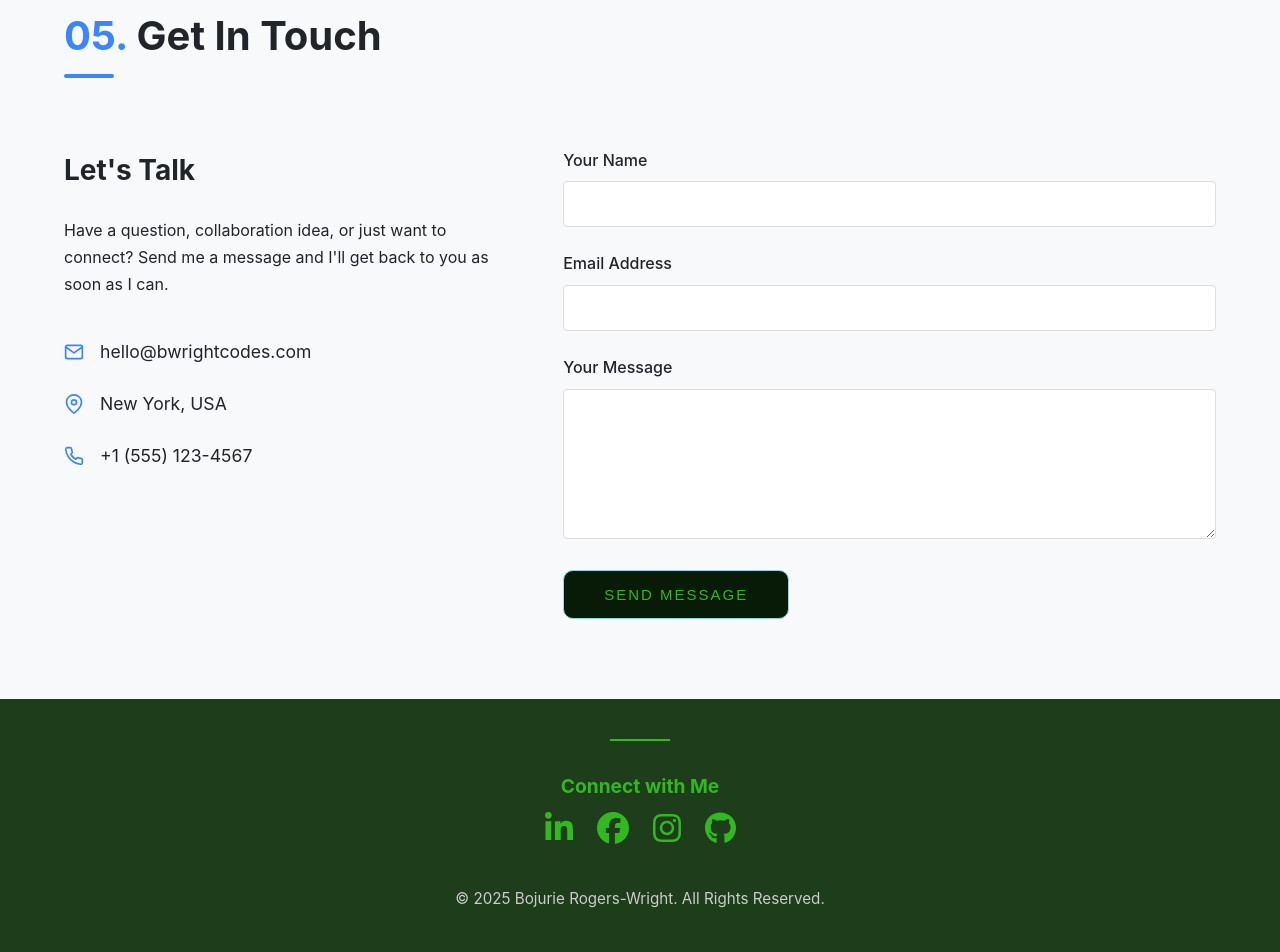
Repository: Bojurie/Portfolio_2022
Page: /
An editor plug-in stored every save of this project. The page is shown before and after the next save, followed by the edit.
The browser window is 1280 px wide. The pictures show the part of the page from y = 4681 to 5633 px (the page is 5633 px tall before and 5604 px after).
The project was rebuilt for these pictures with package versions that can differ from the ones it lists, and the page was loaded fresh each time. Also part of the build but not shown: src/component/pages/Resume.css, src/component/pages/Resume.js. Imported but missing from the stored project, and not drawn on this page: src/component/Resume.pdf, src/component/images/video.mp4, src/component/videos/Screen Recording 2022-04-01 at 8.22.57 PM.mov, src/component/videos/Screen Recording 2022-04-01 at 8.23.25 PM.mov, src/component/videos/Screen Recording 2022-04-01 at 8.25.20 PM.mov, src/component/videos/Screen Recording 2022-04-01 at 8.27.28 PM.mov, src/component/videos/Screen Recording 2022-04-01 at 8.28.35 PM.mov, src/component/videos/Screen Recording 2022-04-01 at 8.30.37 PM.mov and 3 more.

Above is the page before, as saved 2025-04-22 06:24:40.

### public/index.html
<!DOCTYPE html>
<html lang="en">
  <head>
    <meta charset="utf-8" />
    <link rel="icon" href="%PUBLIC_URL%/favicon.ico" />
    <meta name="viewport" content="width=device-width, initial-scale=1" />
    <meta name="theme-color" content="#000000" />
    <meta
      name="description"
      content="Web site created using create-react-app"
    />
    <link rel="apple-touch-icon" href="%PUBLIC_URL%/logo192.png" />


    <link rel="manifest" href="%PUBLIC_URL%/manifest.json" />
    <!--
      Notice the use of %PUBLIC_URL% in the tags above.
      It will be replaced with the URL of the `public` folder during the build.
      Only files inside the `public` folder can be referenced from the HTML.

      Unlike "/favicon.ico" or "favicon.ico", "%PUBLIC_URL%/favicon.ico" will
      work correctly both with client-side routing and a non-root public URL.
      Learn how to configure a non-root public URL by running `npm run build`.
    -->
    <title>Bojurie Rogers-Wright | | Tech</title>
     <link rel="shortcut icon" href="%PUBLIC_URL%/favicon.ico">
    <link rel="apple-touch-icon" sizes="180x180" href="/apple-touch-icon.png">
    <link rel="icon" type="image/png" sizes="32x32" href="/favicon-32x32.png">
    <link rel="icon" type="image/png" sizes="16x16" href="/favicon-16x16.png">
    <link rel="manifest" href="/site.webmanifest">


    <link rel="preconnect" href="https://fonts.googleapis.com">
    <link rel="preconnect" href="https://fonts.gstatic.com" crossorigin>
    <link href="https://fonts.googleapis.com/css2?family=Montserrat:ital,wght@0,100;0,200;0,300;0,400;0,500;0,600;0,700;0,800;0,900;1,100;1,200;1,300;1,400;1,500;1,600;1,700;1,800;1,900&family=Roboto:ital,wght@0,300;0,400;0,500;0,700;1,300&display=swap" rel="stylesheet">
  </head>
  <body>
    <noscript>You need to enable JavaScript to run this app.</noscript>
    <div id="root"></div>

   <script>

   </script>
  </body>
</html>

### src/component/pages/Footer.js
import React from "react";
import SocialFollow from "../../SocialFollow";
import "./Footer.css";

const Footer = () => {
  const year = new Date().getFullYear();

  return (
    <footer className="footer">
      <div className="container">
        <div className="footer-wrapper">
          <SocialFollow />
          <p className="footer-copy">
            © {year} Bojurie Rogers-Wright. All Rights Reserved.
          </p>
        </div>
      </div>
    </footer>
  );
};

export default Footer;

### src/App.css
:root {
  --primary-color: #3a86ff;
  --secondary-color: #8338ec;
  --dark-color: #212529;
  --light-color: #f8f9fa;
  --success-color: #06d6a0;
  --danger-color: #ef476f;
  --warning-color: #ffd166;

  --font-main: 'Inter', -apple-system, BlinkMacSystemFont, sans-serif;
  --font-mono: 'Fira Code', monospace;

  --transition: all 0.3s ease-in-out;
  --shadow-sm: 0 1px 3px rgba(0,0,0,0.12), 0 1px 2px rgba(0,0,0,0.24);
  --shadow-md: 0 4px 6px rgba(0,0,0,0.1), 0 1px 3px rgba(0,0,0,0.08);
  --shadow-lg: 0 10px 25px rgba(0,0,0,0.1), 0 5px 10px rgba(0,0,0,0.05);
}

* {
  margin: 0;
  padding: 0;
  box-sizing: border-box;
}

html {
  scroll-behavior: smooth;
}

body {
  font-family: var(--font-main);
  line-height: 1.6;
  color: var(--dark-color);
  background-color: var(--light-color);
  overflow-x: hidden;
}

.app {
  display: flex;
  flex-direction: column;
  min-height: 100vh;
}

/* Utility Classes */
.container {
  width: 100%;
  max-width: 1200px;
  margin: 0 auto;
  padding: 0 1.5rem;
}

.section {
  padding: 5rem 0;
}

.section-title {
  font-size: 2.5rem;
  margin-bottom: 2rem;
  position: relative;
  display: inline-block;
}

.section-title::after {
  content: '';
  position: absolute;
  bottom: -10px;
  left: 0;
  width: 50px;
  height: 4px;
  background: var(--primary-color);
  border-radius: 2px;
}

.btn {
  display: inline-block;
  padding: 0.8rem 1.5rem;
  border-radius: 4px;
  font-weight: 600;
  text-decoration: none;
  transition: var(--transition);
  cursor: pointer;
  border: none;
}

.btn-primary {
  background: var(--primary-color);
  color: white;
}

.btn-primary:hover {
  background: #2a75e6;
  transform: translateY(-2px);
  box-shadow: var(--shadow-md);
}

.btn-outline {
  background: transparent;
  border: 2px solid var(--primary-color);
  color: var(--primary-color);
}

.btn-outline:hover {
  background: var(--primary-color);
  color: white;
  transform: translateY(-2px);
}

/* Responsive */
@media (max-width: 768px) {
  .section {
    padding: 3rem 0;
  }

  .section-title {
    font-size: 2rem;
  }
}

### src/component/pages/Home.css
.home {
  display: flex;
  flex-direction: column;
  overflow-x: hidden;
}

/* Ensures sections have proper spacing */
.home > section {
  scroll-margin-top: 100px;
}

### src/component/pages/About.css
.about-grid {
  display: grid;
  grid-template-columns: 1fr 2fr;
  gap: 3rem;
  margin-top: 3rem;
}

.about-image-container {
  position: relative;
}

.about-image-wrapper {
  position: relative;
  width: 100%;
  max-width: 300px;
  margin: 0 auto;
}

.about-image {
  width: 100%;
  height: auto;
  border-radius: 4px;
  position: relative;
  z-index: 1;
  filter: grayscale(100%) contrast(1);
  transition: var(--transition);
}

.about-image-border {
  position: absolute;
  width: 100%;
  height: 100%;
  border: 2px solid var(--primary-color);
  border-radius: 4px;
  top: 20px;
  left: 20px;
  z-index: 0;
  transition: var(--transition);
}

.about-image-container:hover .about-image {
  filter: none;
}

.about-image-container:hover .about-image-border {
  top: 15px;
  left: 15px;
}

.about-name {
  font-size: 2rem;
  margin-bottom: 0.5rem;
  color: var(--dark-color);
}

.about-role {
  font-size: 1.25rem;
  color: var(--primary-color);
  margin-bottom: 1.5rem;
}

.about-bio {
  margin-bottom: 2rem;
  font-size: 1.1rem;
}

.about-text {
  margin-bottom: 3rem;
}

.about-text p {
  margin-bottom: 1.5rem;
  line-height: 1.7;
}

.skills-heading {
  font-size: 1.5rem;
  margin-bottom: 1.5rem;
  position: relative;
}

.skills-grid {
  display: grid;
  grid-template-columns: repeat(2, 1fr);
  gap: 1rem;
}

.skill-item {
  display: flex;
  align-items: center;
  gap: 0.75rem;
  font-family: var(--font-mono);
  font-size: 0.9rem;
  color: var(--dark-color);
}

.skill-icon {
  color: var(--primary-color);
  font-size: 1.1rem;
}

@media (max-width: 992px) {
  .about-grid {
    grid-template-columns: 1fr;
  }

  .about-image-wrapper {
    margin-bottom: 3rem;
  }
}

@media (max-width: 576px) {
  .skills-grid {
    grid-template-columns: 1fr;
  }
}

### src/component/pages/Contact.css
.contact-grid {
  display: grid;
  grid-template-columns: 1fr 1.5fr;
  gap: 4rem;
  margin-top: 3rem;
}

.contact-subtitle {
  font-size: 1.75rem;
  margin-bottom: 1.5rem;
}

.contact-text {
  margin-bottom: 2.5rem;
  line-height: 1.7;
}

.contact-details {
  display: flex;
  flex-direction: column;
  gap: 1.5rem;
}

.contact-item {
  display: flex;
  align-items: center;
  gap: 1rem;
  font-size: 1.1rem;
}

.contact-icon {
  color: var(--primary-color);
  font-size: 1.25rem;
}

.form-group {
  margin-bottom: 1.5rem;
}

.form-group label {
  display: block;
  margin-bottom: 0.5rem;
  font-weight: 500;
}

.form-input,
.form-textarea {
  width: 100%;
  padding: 0.75rem 1rem;
  border: 1px solid #ddd;
  border-radius: 4px;
  font-family: var(--font-main);
  font-size: 1rem;
  transition: var(--transition);
}

.form-input:focus,
.form-textarea:focus {
  outline: none;
  border-color: var(--primary-color);
  box-shadow: 0 0 0 2px rgba(58, 134, 255, 0.2);
}

.form-textarea {
  resize: vertical;
  min-height: 150px;
}

.success-message {
  padding: 1rem;
  background: rgba(6, 214, 160, 0.1);
  color: var(--success-color);
  border-radius: 4px;
  margin-bottom: 1.5rem;
  text-align: center;
}

@media (max-width: 992px) {
  .contact-grid {
    grid-template-columns: 1fr;
    gap: 3rem;
  }
}

### src/component/Header.css
.header {
  width: 100%;
  position: sticky;
  top: 0;
  z-index: 1000;
}

### src/component/pages/Footer.css
.footer {
  background-color: rgba(18, 51, 15, 0.95);
  padding: 40px 20px;
  text-align: center;
  color: white;
  position: relative;
}

.footer-wrapper {
  display: flex;
  flex-direction: column;
  align-items: center;
  gap: 20px;
}

.footer-copy {
  font-size: 0.95rem;
  color: #ccc;
  margin-top: 10px;
}

/* Optional subtle border at the top */
.footer::before {
  content: "";
  display: block;
  height: 2px;
  width: 60px;
  background-color: #32b920;
  margin: 0 auto 20px;
}

/* Responsive */
@media screen and (max-width: 768px) {
  .footer-wrapper {
    gap: 15px;
  }

  .footer-copy {
    font-size: 0.85rem;
  }
}

### src/component/pages/Experience.css
/* Experience Section */
.experience {
  padding: 5rem 0;
  background-color: var(--light-color);
}

.experience-container {
  display: flex;
  flex-direction: column;
  gap: 2.5rem;
  margin-top: 3rem;
}

.experience-card {
  background: white;
  border-radius: 8px;
  padding: 2rem;
  box-shadow: var(--shadow-sm);
  transition: var(--transition);
}

.experience-card:hover {
  box-shadow: var(--shadow-md);
}

.experience-header {
  display: flex;
  gap: 1.5rem;
  margin-bottom: 1.5rem;
}

.experience-icon-container {
  display: flex;
  align-items: center;
  justify-content: center;
  width: 50px;
  height: 50px;
  border-radius: 50%;
  background: var(--primary-color);
  color: white;
  flex-shrink: 0;
}

.experience-icon {
  font-size: 1.25rem;
}

.experience-info {
  flex: 1;
}

.experience-role {
  font-size: 1.25rem;
  color: var(--dark-color);
  margin-bottom: 0.25rem;
}

.experience-company-period {
  display: flex;
  gap: 1rem;
  margin-bottom: 0.5rem;
}

.experience-company {
  font-weight: 600;
  color: var(--primary-color);
}

.experience-period {
  color: #666;
  font-size: 0.9rem;
}

.experience-location {
  display: flex;
  align-items: center;
  gap: 0.5rem;
  color: #666;
  font-size: 0.9rem;
}

.location-icon {
  font-size: 0.9rem;
}

.experience-description {
  line-height: 1.7;
  margin-bottom: 2rem;
  color: var(--dark-color);
}

/* Projects Section */
.projects-section {
  border-top: 1px solid rgba(0, 0, 0, 0.1);
  padding-top: 1.5rem;
}

.projects-heading {
  display: flex;
  align-items: center;
  gap: 0.75rem;
  font-size: 1.1rem;
  margin-bottom: 1.5rem;
  color: var(--dark-color);
}

.projects-icon {
  color: var(--primary-color);
}

.projects-grid {
  display: grid;
  grid-template-columns: repeat(auto-fill, minmax(280px, 1fr));
  gap: 1.5rem;
}

.project-card {
  background: rgba(58, 134, 255, 0.05);
  border-radius: 6px;
  padding: 1.5rem;
  border-left: 3px solid var(--primary-color);
  transition: var(--transition);
}

.project-title {
  font-size: 1rem;
  margin-bottom: 0.75rem;
  color: var(--dark-color);
}

.project-description {
  font-size: 0.9rem;
  line-height: 1.6;
  margin-bottom: 1rem;
  color: #555;
}

.technologies-container {
  display: flex;
  flex-wrap: wrap;
  gap: 0.5rem;
}

.technology-tag {
  font-size: 0.75rem;
  padding: 0.25rem 0.5rem;
  background: rgba(58, 134, 255, 0.1);
  color: var(--primary-color);
  border-radius: 4px;
  font-family: var(--font-mono);
}

/* Responsive Styles */
@media (max-width: 768px) {
  .experience {
    padding: 3rem 0;
  }

  .experience-card {
    padding: 1.5rem;
  }

  .experience-header {
    flex-direction: column;
    gap: 1rem;
  }

  .experience-icon-container {
    width: 40px;
    height: 40px;
  }

  .projects-grid {
    grid-template-columns: 1fr;
  }
}

@media (max-width: 576px) {
  .experience-card {
    padding: 1.25rem;
  }

  .experience-role {
    font-size: 1.1rem;
  }

  .experience-description {
    font-size: 0.95rem;
  }
}

### src/component/Hero.css
.hero {
  position: relative;
  min-height: 800px;
  display: flex;
  align-items: center;
  justify-content: center;
  color: white;
  overflow: hidden;
}

.hero-video-container {
  position: absolute;
  top: 0;
  left: 0;
  width: 100%;
  height: 100%;
  z-index: -1;
}

.hero-video {
  width: 100%;
  height: 100%;
  object-fit: cover;
}

.hero-overlay {
  position: absolute;
  top: 0;
  left: 0;
  width: 100%;
  height: 100%;
  background: rgba(0, 0, 0, 0.5);
}

.hero-content {
  max-width: 800px;
  padding: 2rem;
  text-align: center;
  z-index: 1;
}

.hero-subtitle {
  font-size: 1.5rem;
  margin-bottom: 1rem;
  font-weight: 400;
}

.hero-title {
  font-size: 4rem;
  margin-bottom: 1.5rem;
  line-height: 1.1;
}

.hero-text {
  font-size: 1.25rem;
  margin-bottom: 2.5rem;
  line-height: 1.6;
}

@media (max-width: 768px) {
  .hero-title {
    font-size: 3rem;
  }

  .hero-text {
    font-size: 1.1rem;
  }
}

### src/component/Button.css
button {
  padding: 15px 40px;
  font-size: 15px;
  border-radius: 10px;
  background-color: rgb(8, 27, 6);
  color: rgb(50, 185, 32);
  letter-spacing: 2px;
  text-transform: uppercase;
  border: 1px solid rgb(152, 207, 233);
}


@media screen and (max-width: 414px) {
  button {
    padding: 10px 20px;
    font-size: 13px;
  }
}

### src/component/Navbar.css
.nav {
  width: 100%;
  position: fixed;
  top: 0;
  left: 0;
  z-index: 1000;
  background: rgba(255, 255, 255, 0.95);
  backdrop-filter: blur(10px);
  box-shadow: var(--shadow-sm);
}

.navbar-container {
  display: flex;
  justify-content: space-between;
  align-items: center;
  padding: 1rem 2rem;
  max-width: 1200px;
  margin: 0 auto;
}

.logo-link {
  text-decoration: none;
  color: var(--dark-color);
  font-weight: 700;
  font-size: 1.5rem;
  display: flex;
  align-items: center;
  gap: 0.5rem;
}

.menu-toggle {
  display: none;
  background: none;
  border: none;
  font-size: 1.5rem;
  cursor: pointer;
  color: var(--dark-color);
  z-index: 1001;
}

.nav-links-desktop {
  display: flex;
  gap: 1.5rem;
  list-style: none;
}

.nav-links-desktop li {
  position: relative;
}

.nav-link {
  text-decoration: none;
  color: var(--dark-color);
  font-weight: 500;
  display: flex;
  align-items: center;
  gap: 0.5rem;
  padding: 0.5rem 0;
  position: relative;
  transition: var(--transition);
}

.nav-link:hover {
  color: var(--primary-color);
}

.nav-link::after {
  content: '';
  position: absolute;
  bottom: 0;
  left: 0;
  width: 0;
  height: 2px;
  background: var(--primary-color);
  transition: var(--transition);
}

.nav-link:hover::after {
  width: 100%;
}

.nav-icon {
  font-size: 1.1rem;
}

/* Mobile Menu */
.mobile-menu-backdrop {
  position: fixed;
  top: 0;
  left: 0;
  width: 100%;
  height: 100%;
  background: rgba(0, 0, 0, 0.5);
  z-index: 999;
}

.nav-links-mobile {
  position: fixed;
  top: 0;
  right: 0;
  width: 70%;
  max-width: 300px;
  height: 100%;
  background: white;
  list-style: none;
  padding: 5rem 2rem;
  display: flex;
  flex-direction: column;
  gap: 1.5rem;
  box-shadow: -5px 0 15px rgba(0, 0, 0, 0.1);
  z-index: 1000;
}

.mobile-nav-link {
  text-decoration: none;
  color: var(--dark-color);
  font-weight: 500;
  font-size: 1.2rem;
  display: flex;
  align-items: center;
  gap: 1rem;
  padding: 0.5rem 0;
  transition: var(--transition);
}

.mobile-nav-link:hover {
  color: var(--primary-color);
}

/* Responsive */
@media (max-width: 768px) {
  .menu-toggle {
    display: block;
  }

  .nav-links-desktop {
    display: none;
  }

  .navbar-container {
    padding: 1rem;
  }
}

### src/SocialFollow.css
.social-container {
  padding: 10px 0;
}

.social-container h3 {
  margin-bottom: 10px;
  font-size: 1.2rem;
  color: #32b920;
}

a.social {
  margin: 0 0.75rem;
  transition: transform 250ms ease, color 250ms ease;
  display: inline-block;
  color: #32b920;
}

a.social:hover {
  transform: translateY(-4px);
  color: white;
}

@media screen and (max-width: 414px) {
  .social-container h3 {
    font-size: 1rem;
  }

  a.social {
    margin: 0 0.5rem;
  }
}

Loaded but not shown: src/component/pages/Project.js (495 lines, source omitted); src/component/pages/Experience.js (153 lines, source omitted); src/component/pages/About.js (114 lines, source omitted); src/component/pages/Contact.js (141 lines, source omitted); src/component/Navbar.js (107 lines, source omitted); src/App.js (99 lines, source omitted); src/component/Hero.js (51 lines, source omitted); src/SocialFollow.js (51 lines, source omitted); src/component/pages/Home.js (38 lines, source omitted); src/component/Button.js (14 lines, source omitted); src/component/Header.js (13 lines, source omitted); src/index.js (9 lines, source omitted); src/component/pages/Project.css (514 lines, source omitted)

After the next save:
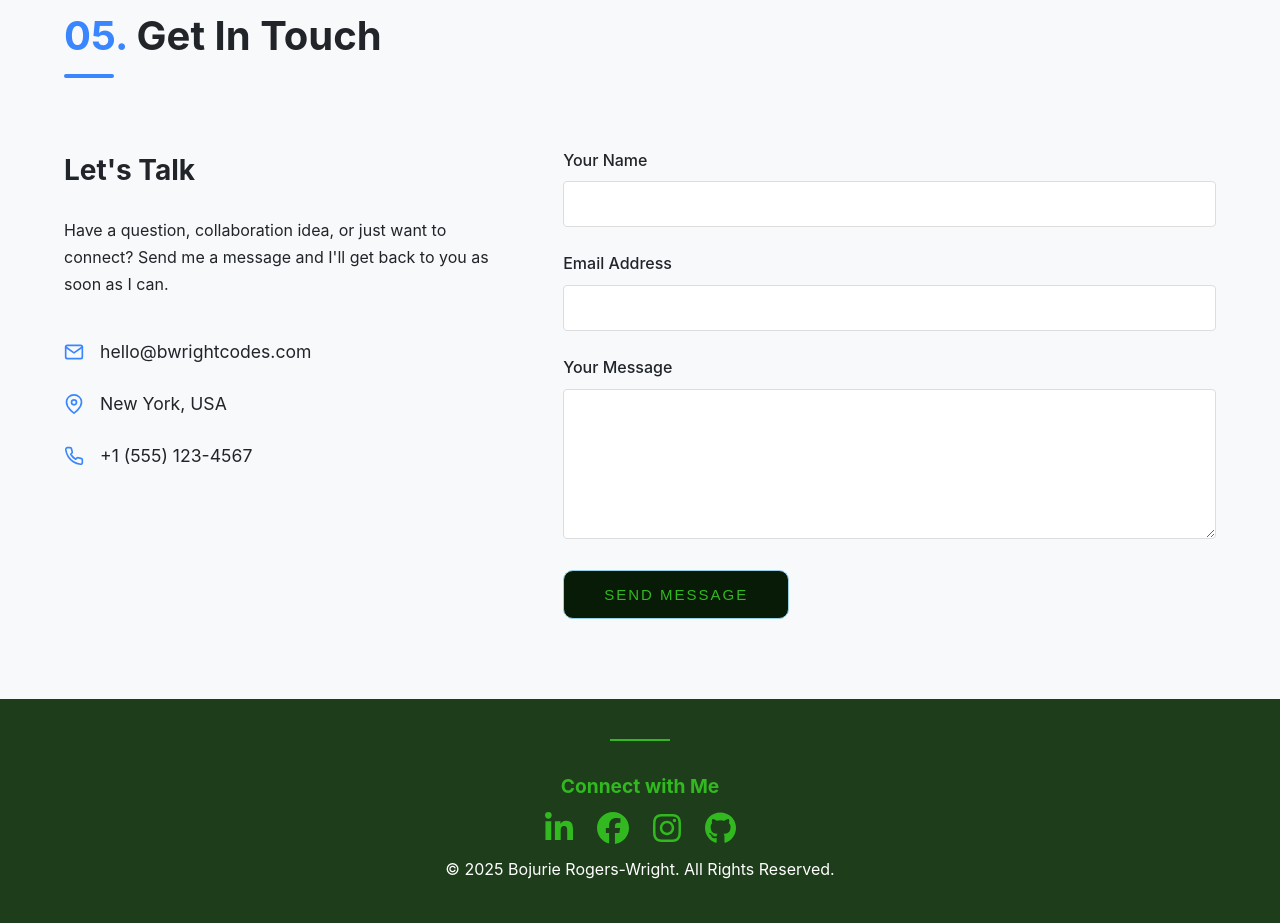
Saved 21 s later.
--- a/src/component/pages/Footer.js
+++ b/src/component/pages/Footer.js
@@ -1,4 +1,5 @@
 import React from "react";
+import { motion } from "framer-motion";
 import SocialFollow from "../../SocialFollow";
 import "./Footer.css";
 
@@ -8,12 +9,18 @@ const Footer = () => {
   return (
     <footer className="footer">
       <div className="container">
-        <div className="footer-wrapper">
+        <motion.div
+          className="footer-content"
+          initial={{ opacity: 0 }}
+          whileInView={{ opacity: 1 }}
+          viewport={{ once: true }}
+          transition={{ duration: 0.6 }}
+        >
           <SocialFollow />
-          <p className="footer-copy">
+          <p className="footer-copyright">
             © {year} Bojurie Rogers-Wright. All Rights Reserved.
           </p>
-        </div>
+        </motion.div>
       </div>
     </footer>
   );
